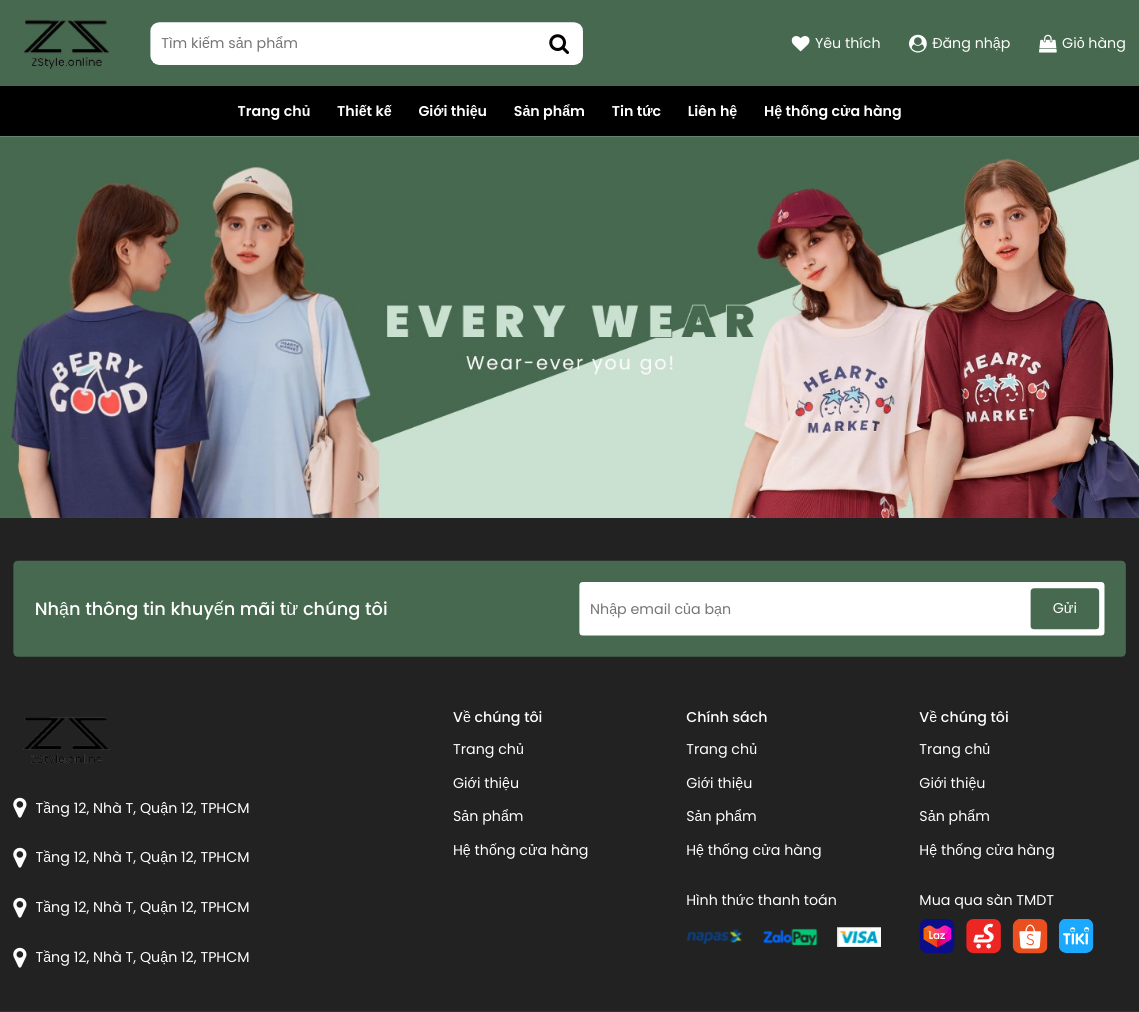
Repository: Toan3333/duanmau
Page: assets/pages/gioithieu.html
An editor plug-in stored every save of this project. The page is shown before and after the next save, followed by the edit.
The browser window is 1280 px wide. The pictures show the whole page, at 89% of full size.
Some web libraries are served in a nearby version.

Above is the page before, as saved 2023-11-07 21:12:48.
Console error: TypeError: Cannot read properties of null (reading 'addEventListener')

After the next save:
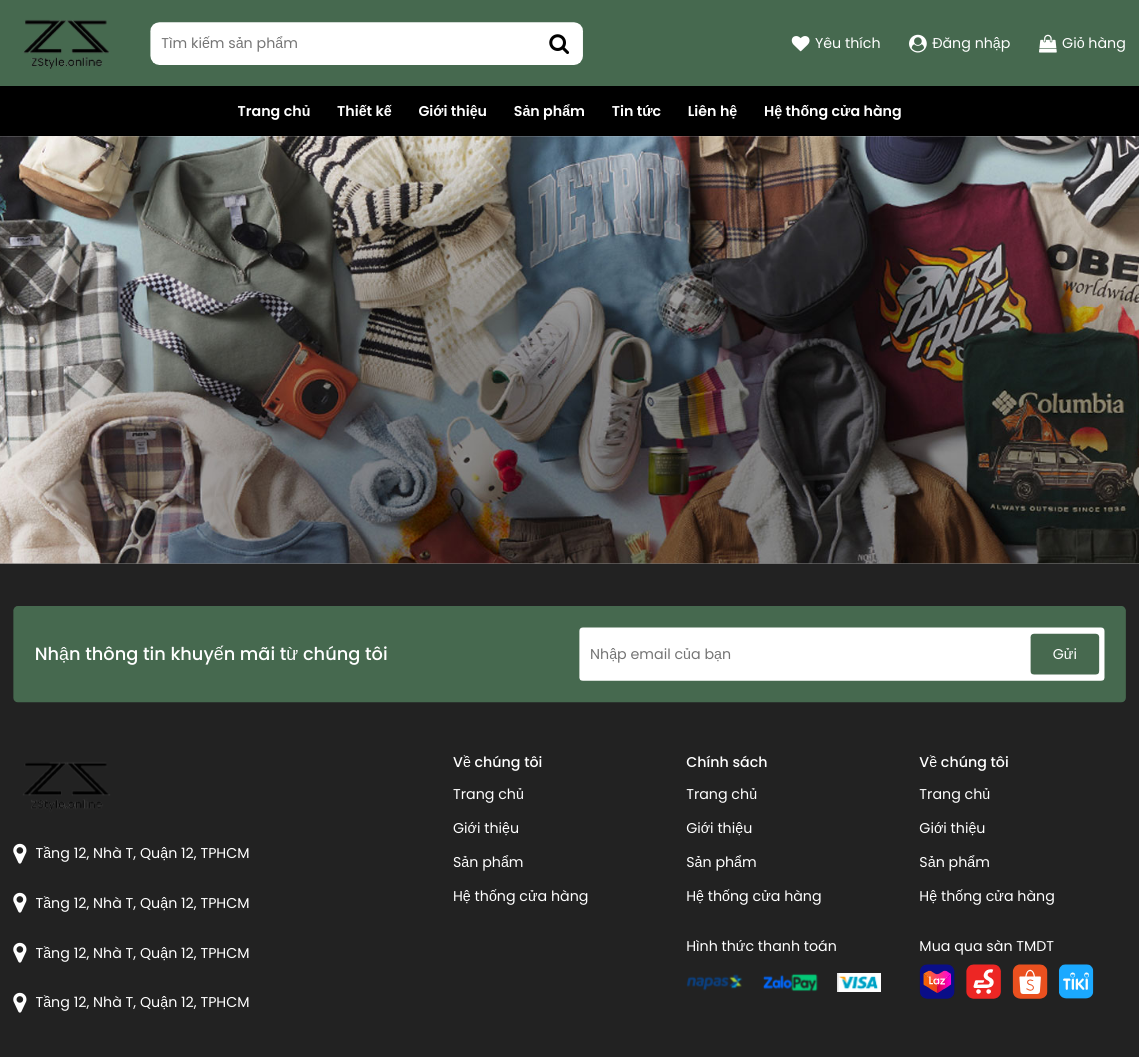
Saved 73 s later.
--- a/assets/pages/gioithieu.html
+++ b/assets/pages/gioithieu.html
@@ -93,7 +93,7 @@
       <!-- BANNER -->
       <div class="banner">
         <a href="#">
-          <img src="../images/banner-product.png" alt="" />
+          <img src="../images/banner-intro.png" alt="" />
         </a>
       </div>
       <!-- BANNER END -->
